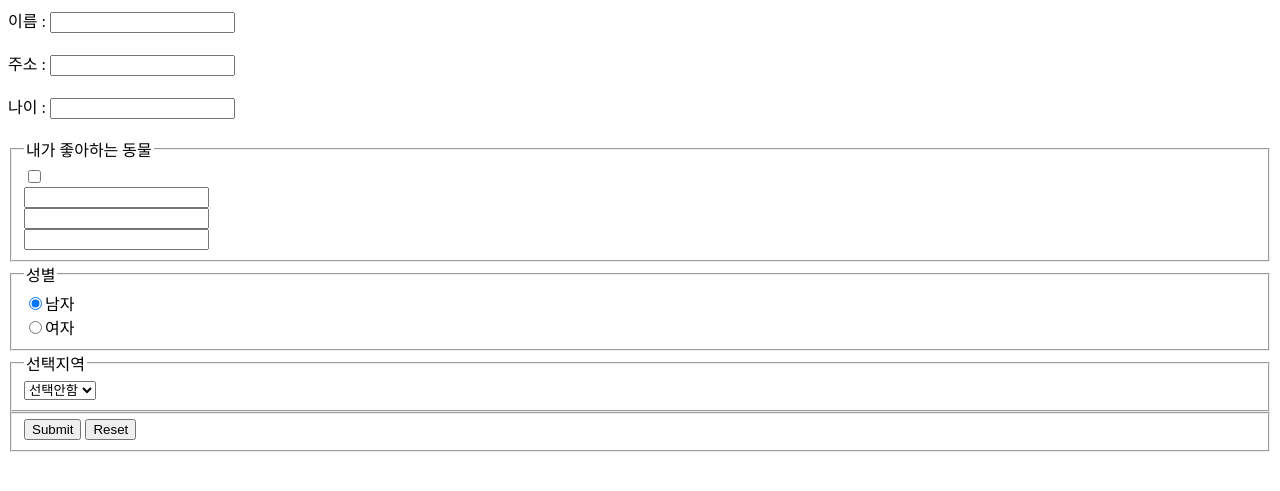
Repository: Rua1006/JSP
Page: practice01/WebContent/input.html
An editor plug-in stored every save of this project. The page is shown before and after the next save, followed by the edit.
The browser window is 1280 px wide. The pictures show the whole page.

Above is the page before, as saved 2022-10-17 07:16:09.

### practice01/WebContent/input.html
<!DOCTYPE html>
<html>
<head>
<meta charset="UTF-8">
<title>입력 데이터 처리와 주고 받기</title>
</head>
<body>
<form action="indata" action="test04.jsp" method="post">
	이름 : <input type="text" name=""><br><br>
	주소 : <input type="" name=""><br><br>
	나이 : <input type="" name=""><br><br>
	<fieldset>
		<legend>내가 좋아하는 동물</legend>
		<input type="checkbox" name="" value="" /><br>
		<input type="" name="" value="" /><br>
		<input type="" name="" value="" /><br>
		<input type="" name="" value="" /><br>
	</fieldset>
	<fieldset>
		<legend>성별</legend>
		<input type="radio" name="" value="" checked>남자<br>
		<input type="radio" name="" value="" >여자<br>
	</fieldset>
	<fieldset>
		<legend>선택지역</legend>
		<select name="area">
			<option selected>선택안함</option>
			<option value="01">선택안함</option>
			<option value="02">선택안함</option>
			<option value="03">선택안함</option>
			<option value="04">선택안함</option>
		</select>
	</fieldset>
	<fieldset>
		<input type="submit" name="" >
		<input type="reset" name="">
	</fieldset>
</form>
</body>
</html>

After the next save:
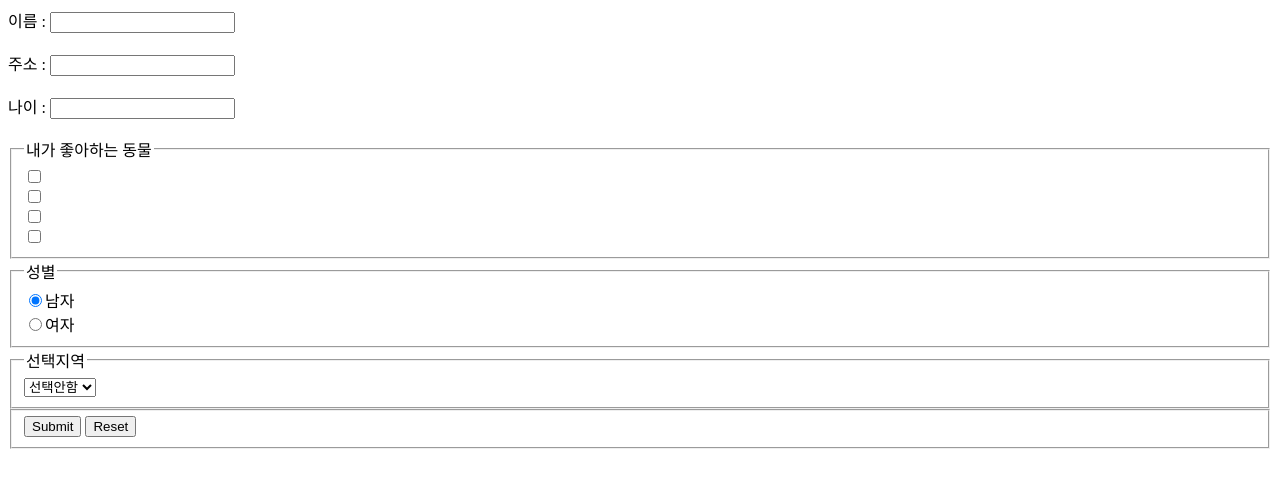
Saved 8 min 58 s later.
--- a/practice01/WebContent/input.html
+++ b/practice01/WebContent/input.html
@@ -12,9 +12,9 @@
 	<fieldset>
 		<legend>내가 좋아하는 동물</legend>
 		<input type="checkbox" name="" value="" /><br>
-		<input type="" name="" value="" /><br>
-		<input type="" name="" value="" /><br>
-		<input type="" name="" value="" /><br>
+		<input type="checkbox" name="" value="" /><br>
+		<input type="checkbox" name="" value="" /><br>
+		<input type="checkbox" name="" value="" /><br>
 	</fieldset>
 	<fieldset>
 		<legend>성별</legend>
